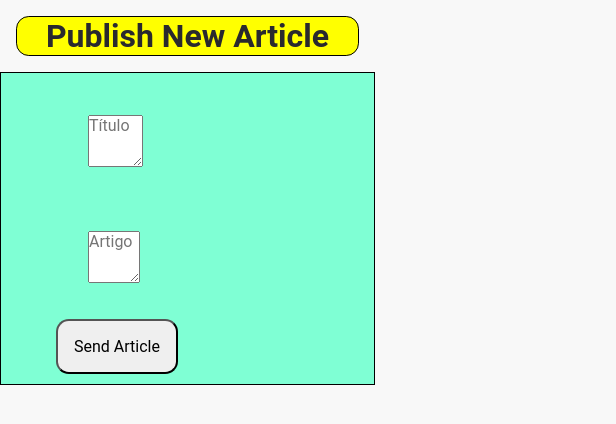
Repository: batmit/publish_articles
Page: /publish
These files come from the project's save history. The page is drawn as it stood at one moment and after the next save; the edit follows.
The browser window is 375 px wide. The page is 375 px wide, then 616 px, so the pictures cover 616 px, including what lies to the right of the window. The pictures show the whole page.
The project was rebuilt for these pictures with package versions that can differ from the ones it lists, and the page was loaded fresh each time. Also part of the build but not shown: src/pages/articles.tsx, src/pages/article.tsx, src/pages/Home.tsx.

Above is the page before, as saved 2021-06-29 18:45:22.

### public/index.html
<!DOCTYPE html>
<html lang="en">
  <head>
    <meta charset="utf-8" />
    <meta name="viewport" content="width=device-width, initial-scale=1" />
    <meta name="theme-color" content="#000000" />
    <meta
      name="description"
      content="Web site created using create-react-app"
    />
    <title>publish_articles</title>
  </head>
  <body>
    <noscript>You need to enable JavaScript to run this app.</noscript>
    <div id="root"></div>
    <!--
      This HTML file is a template.
      If you open it directly in the browser, you will see an empty page.

      You can add webfonts, meta tags, or analytics to this file.
      The build step will place the bundled scripts into the <body> tag.

      To begin the development, run `npm start` or `yarn start`.
      To create a production bundle, use `npm run build` or `yarn build`.
    -->
  </body>
</html>

### src/App.tsx
import React from 'react';
import { BrowserRouter, Route } from 'react-router-dom';
import { Articles } from './pages/articles';

import {Article} from './pages/article'

import {Home} from './pages/Home';
import { Publish_Articles } from './pages/publish_articles';

import './styles/global.scss';



function App() {
  return (

    <BrowserRouter>

      <Route path='/' exact component={Home} />

      <Route path='/articles' exact component={Articles} />

      <Route path='/articles/:id' component={Article} />

      <Route path='/publish' exact component={Publish_Articles} />



    </BrowserRouter>

  );
}

export default App;

### src/pages/publish_articles.tsx
import { FormEvent, useState } from "react";
import { useHistory } from "react-router-dom";
import { database } from "../services/firebase";

export function Publish_Articles() {

    const [title, setNewTitle] = useState('');

    const [article, setNewArticle] = useState('');

    const history = useHistory();

    async function handleSendArticle(event: FormEvent) {

        event.preventDefault();

        await database.ref(`articles/${title}`).push(article);

        setNewArticle('');

        setNewTitle('');

        history.push(`articles/${title}`)

    };

    return (
        <>
            <header>
                <h1>Publish New Article</h1>
            </header>

            <main>
                <form onSubmit={handleSendArticle}>
                        <textarea
                            className="title"
                            placeholder="Título"
                            onChange={event => setNewTitle(event.target.value)}
                            value={title}
                        />


                        <textarea
                            placeholder="Artigo"
                            onChange={event => setNewArticle(event.target.value)}
                            value={article}
                        />

                        <div className="form-footer">
                            <button type='submit'>Send Article</button>
                        </div>

                </form>
            </main>
        </>
    );
}

### src/styles/global.scss
* {
    margin: 0;
    padding: 0;
    box-sizing: boder-box;
}

body{
    background: #f8f8f8;
    color: #29292e;
}

body, input, button, textarea {
    font: 400 16px 'Roboto', sans-serif ; // se não rodar o Roboto pega o sans-serif
}

header {
    text-align: center;
    justify-content: center;
    align-items: center;
    background: yellow;
    border: 1px solid black;
    border-radius: 0.8rem;
    margin: 1rem;
}

main {
    align-items: center;
    justify-content: center;
    display: flex;
    gap: 10px;
    background: aquamarine;
    border: 1px solid black;
    padding: 10px;


}

button {
    padding: 1rem;
    border-radius: 0.8rem;
    gap: 10px;
    transition: 0.2s;
}

button:hover {
    background-color: white;

}

form {
    .title {
        display: block;
        width: 500px;
        height: 50px;
        margin: 2rem;
    }

    textarea{
        width: 500px;
        height: 200px;
        margin: 2rem;
    }
}

@media (max-width: 600px) {
    form {
        align-items: center;

        textarea{
            width: 50px;
            height: 50px;
        }

        .title {
            width: 20%;
            height: 50px;
        }
    }

}

### src/services/firebase.ts
import firebase from 'firebase/app'; // tem que baixar primeira yarn add firebase

import 'firebase/auth';
import 'firebase/database';

const firebaseConfig = {
    apiKey: "AIzaSyAnqsPR26s-jH9kgIT35JRFnFNwjQIPuWg",
    authDomain: "publish-articles-5a753.firebaseapp.com",
    databaseURL: "https://publish-articles-5a753-default-rtdb.firebaseio.com",
    projectId: "publish-articles-5a753",
    storageBucket: "publish-articles-5a753.appspot.com",
    messagingSenderId: "1038663375307",
    appId: "1:1038663375307:web:9e3542b0440fa2c5873e4e"
};

firebase.initializeApp(firebaseConfig); //inicio

const auth = firebase.auth(); // vou exportar
const database = firebase.database()

export { firebase, auth, database }

Loaded but not shown: src/index.tsx (common file)

After the next save:
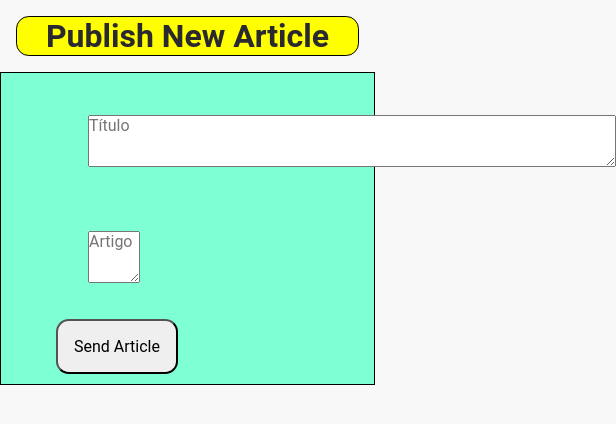
Saved 13 s later.
--- a/src/styles/global.scss
+++ b/src/styles/global.scss
@@ -72,7 +72,7 @@ form {
         }
 
         .title {
-            width: 20%;
+            width: 200%;
             height: 50px;
         }
     }
